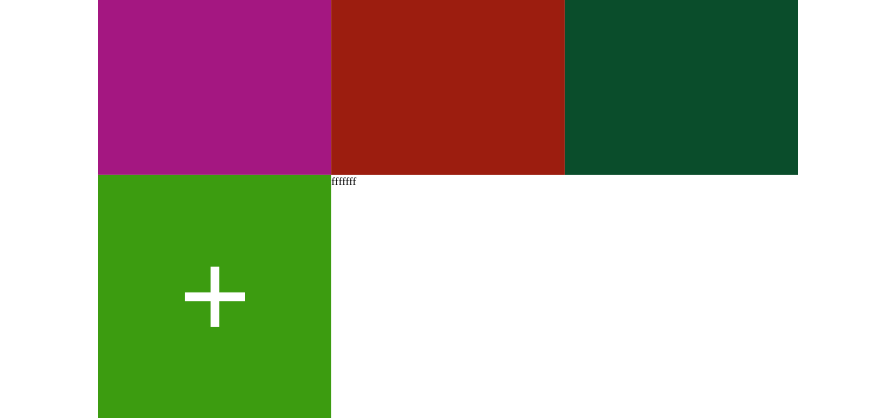
Repository: baliayassin/MyGame
Page: Documents/Aptana Studio 3 Workspace/homeWork2/layOut3.html
The author's editor kept a copy of each file at every save. The page is drawn from the files as they stood at one save, then again after the next save.
The browser window is 1280 px wide. The pictures show the part of the page from y = 1397 to 3317 px (the page is 1995 px tall before and 10255 px after), at 70% of full size.
Some web libraries are served in a nearby version.

Above is the page before, as saved 2017-12-14 11:40:49.

### Documents/Aptana Studio 3 Workspace/homeWork2/layOut3.html
<!DOCTYPE html >
<html>



	<head>

		<title> HomeWork2</title>
		<link rel="stylesheet" href="includes/style.css" />
		<script src="https://code.jquery.com/jquery-3.2.1.min.js"
  integrity="sha256-hwg4gsxgFZhOsEEamdOYGBf13FyQuiTwlAQgxVSNgt4="
  crossorigin="anonymous"></script>
  <meta name="viewport" content="width=device-width,initial-scale=1">
		<script src="includes/main.js"></script>
		<meta charset="utf-8" />
	</head>

	<body >
	<div id="wrapper3">


		<header>
	       <a href="layOut3.html"> </a>
        </header>



            <nav >
				<ul>
					<li> <a  href="index.html">Layout1 </a> </li>
					<li> <a  href="layOut2.html">Layout2 </a></li>
					<li> <span> <a  href="layOut3">Layout3 </a> </span></li>
				</ul>


			</nav>


  <main ></main>





     <footer id="footer3">fffffff </footer>
     </div>
	</body>




</html>

### Documents/Aptana Studio 3 Workspace/homeWork2/includes/style.css
*{
	margin:0px;
	padding: 0px;
}

main, nav, aside, footer, section, article, header {
	display:  block;

}

#wrapper {
	margin: 0px auto;
	width: 1000px;
}
#wrapper header{

	height:192px;
	background: #d6d6d6;

}

#wrapper header a{

	width:102px;
	height:102px;
	background-image:url("../images/star.png");
	position:relative;
	display:block;
	margin:0px auto;
	top: 40px;
    background-repeat: no-repeat;


}


#wrapper nav {

	height: 62px;
	background: #337AB7;

}

#wrapper nav ul{

	list-style-type: none;
	text-decoration: none;
	margin-left: 45px;

}

#wrapper nav ul li{

	float:left;

}

#wrapper nav a{

	display: inline-block;
	text-decoration: none;
	color: #ffeedd;
	font-family: Arial;



}

#wrapper nav span a{

	background:#003748;
	margin:10px auto;
	padding:12px 90px;


}
#wrapper nav li > a{

	margin:20px 85px;

}
#wrapper section{
	direction:rtl;
	display: inline-block;
	margin-top: 100px;
	vertical-align: top;


}
#wrapper section article{

	display:block;
	background: #62C462;
	margin-right: 25px;
	margin-left: 32px;
	margin-top: 30px;
}

#wrapper section article:first-child{

	height:121px;
	width:699px;


}
#wrapper section article:nth-child(2){

	height: 200px;
	width: 699px;


}
#wrapper section article:nth-child(3){

	height: 125px;
	width: 186px;


}

#wrapper aside{

	background: #EEEEEE;
	height: 697px;
	width: 240px;
	display: inline-block;

}

#wrapper aside article{

	background: #62C462;
	width:185px;
	height:126px;
	position: relative;
	margin-top: 264px;
	margin-left: 45px;


}

#wrapper footer{

	height:52px;
	background: #D6D6D6;
	margin-top:-4px;

}






/*********************************************************/



#wrapper2 {
	margin: 0px auto;
	width: 1000px;
}
#wrapper2 header{

	height:192px;
	background: #d6d6d6;

}

#wrapper2 header a{

	width:102px;
	height:102px;
	background-image:url("../images/star.png");
	position:relative;
	display:block;
	margin:0px auto;
    top: 40px;
    background-repeat: no-repeat;


}


#wrapper2 nav {

	width:146px;
	height: 759px;
	background: #337AB7;
    float:left;
    display: inline-block;
}




#wrapper2 nav ul {
	list-style-type: none;
}

#wrapper2 nav a{
	display: inline-block;
	text-decoration: none;
	color: #ffeedd;
	font-family: "Arial";
}

#wrapper2 nav li > a{
	margin-top: 6px;
	margin-bottom: 22px;
	margin-left: 6px;
}

#wrapper2 nav span a{
	background-color: #003748;
	padding-top: 18px;
	margin-bottom: 18px;
	padding-bottom: 18px;
	padding-left: 6px;
	width: 140px;
}


#wrapper2 aside{

	float:left;
	background-color: #eeeeee;
	width: 223px;
	height: 759px;
}

#wrapper2 aside article{

	background: #62C462;
	width:77px;
	height:66px;
	position: relative;
	margin-top: 261px;
	margin-left: 11px;


}


#wrapper2 section{

	display: inline-block;
	margin-top: 23px;



}

#wrapper2 section article:first-child{

	background:#62C462;
	margin-left:5px;
	height:508px;
	width:190px;
	float: left;


}

#wrapper2 section article:nth-child(2){

	background:#62C462;
	margin-left:30px;
	height:323px;
	width:190px;
	float:left;

}

#wrapper2 section article:nth-child(3){

	background:#62C462;
	margin-left:30px;
	height:123px;
	width:183px;
	float:left;

}


#wrapper2 section article p{

	background:#62C462;
	margin-left:220px;
	height:400px;
	width:190px;
	margin-top:345px;
	float:left
}


#wrapper2 footer{
	height: 52px;
	width: 1000px;
	position: fixed;
	bottom: 0px;
	background-color: #d6d6d6;
}

/*******************************************************/



#wrapper3 {
	margin: 0px auto;
	width: 1000px;
}
#wrapper3 header{

	height:192px;
	background: #d6d6d6;

}

#wrapper3 header a{

	width:102px;
	height:102px;
	background-image:url("../images/star.png");
	position:relative;
	display:block;
	margin:0px auto;
	top: 40px;
    background-repeat: no-repeat;


}


#wrapper3 nav {

	height: 63px;
	background: #337AB7;

}

#wrapper3 nav ul{

	list-style-type: none;
	text-decoration: none;
	margin-left: 45px;

}

#wrapper3 nav ul li{

	float:left;

}

#wrapper3 nav a{

	display: inline-block;
	text-decoration: none;
	color: #ffeedd;
	font-family: Arial;



}

#wrapper3 nav span a{

	background:#003748;
	margin:10px auto;
	padding:12px 90px;


}
#wrapper3 nav li > a{

	margin:20px 85px;

}





#wrapper3 #footer3{
	width:100%;
	height:52px;
	background: #D6D6D6;
   /* margin-top: 1740px;???????*/
 /*bottom: 0px;
  position: fixed;*/

}

#wrapper3 .box{

    float: left;
    width: 333.33px;
    height: 348px;


   }



#wrapper3 .box.plus{
            background: url(../images/white_plus.png) center no-repeat;
        }

#wrapper3 .box.star {

     background: url(../images/white_star.png) center no-repeat;
}

 @media only screen and (min-width: 1000px) {

        #wrapper3 {width:1000px;}
    }
 @media only screen and (max-width:1000px){
    	#wrapper3 {width:666.66px;}

   	}
    	 #wrapper3 nav ul{
    	 	margin-left: 0px;
    	}
    	 #wrapper3 nav span a{padding:12px 55px;}
    }

.clear{

	clear: both;
}

### Documents/Aptana Studio 3 Workspace/homeWork2/includes/main.js
$("document").ready(function () {


    for (var i = 0; i < (25/2); i++)
        $("main").append(createArticle());
        $("main article:last").addClass("plus");

    $("main").on("click", ".box:not(.plus)", showStar);
    $(".box.plus").click(addArticle);
})

function addArticle() {
    $("main").prepend(createArticle());
}

function showStar() {

    $(this).toggleClass("star");
}

function createArticle() {
    var newArticle = $("<article/>");
    newArticle.addClass("box");
    var color='#' + (0x1000000 + (Math.random()) * 0xffffff).toString(16).substr(1, 6);
    newArticle.css("background-color", color);
    return newArticle;
}

After the next save:
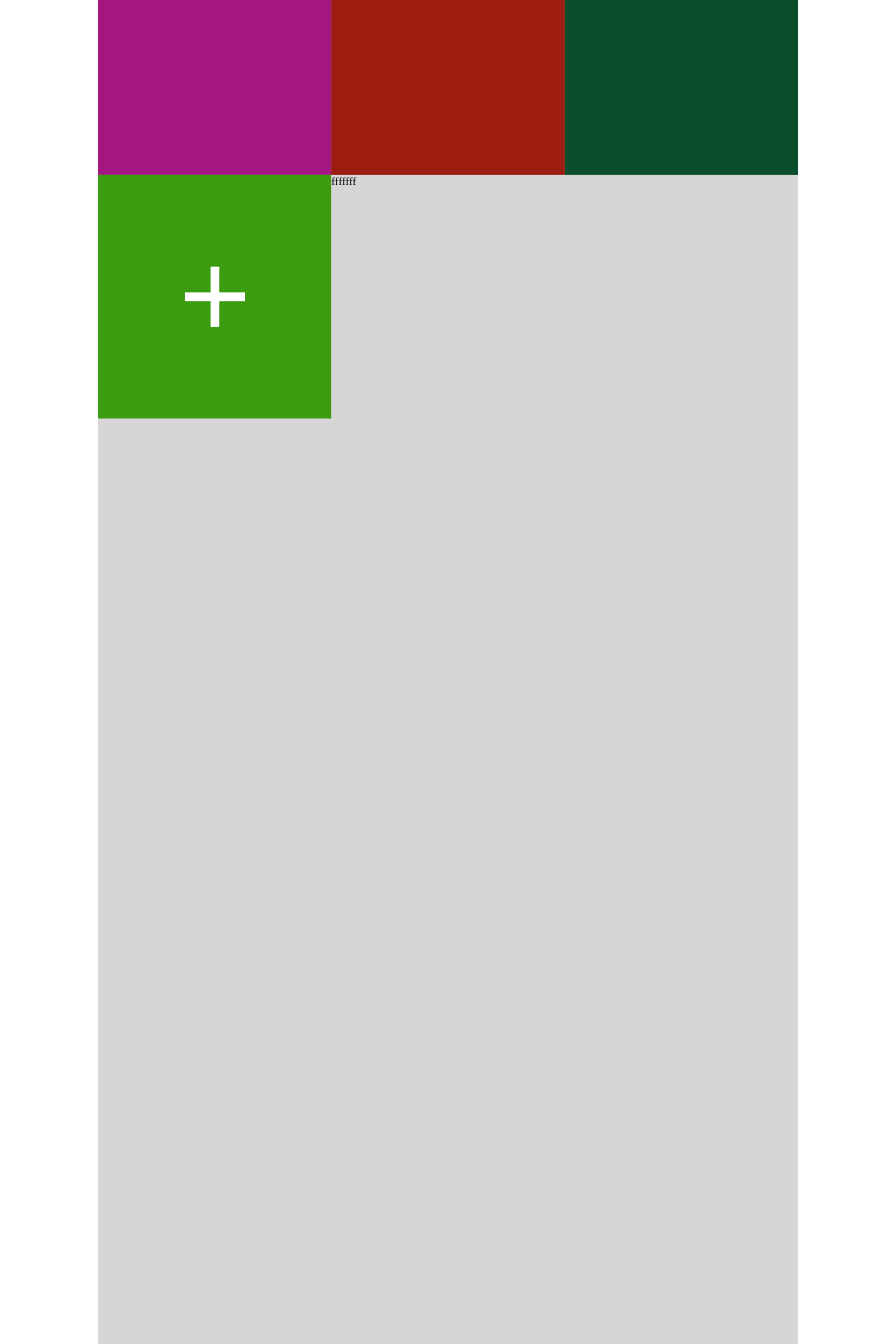
Saved 83 s later.
--- a/Documents/Aptana Studio 3 Workspace/homeWork2/includes/style.css
+++ b/Documents/Aptana Studio 3 Workspace/homeWork2/includes/style.css
@@ -384,7 +384,7 @@
 
 #wrapper3 #footer3{
 	width:100%;
-	height:52px;
+	height:10000px;
 	background: #D6D6D6;
    /* margin-top: 1740px;???????*/
  /*bottom: 0px;

After the save that followed:
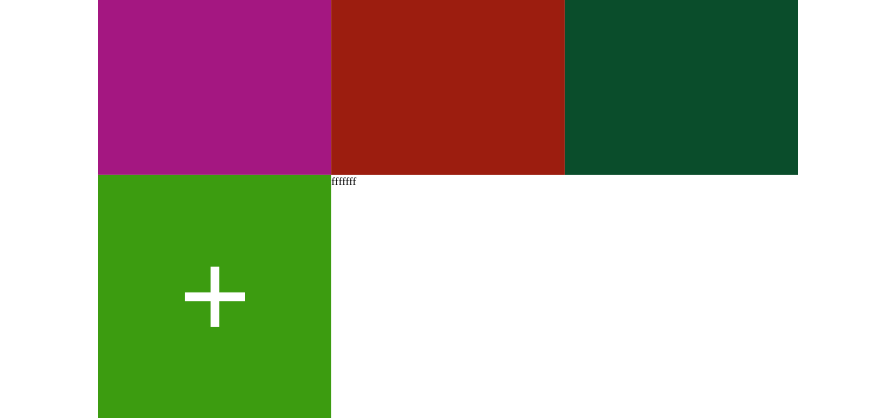
Saved 32 s later.
--- a/Documents/Aptana Studio 3 Workspace/homeWork2/includes/style.css
+++ b/Documents/Aptana Studio 3 Workspace/homeWork2/includes/style.css
@@ -384,7 +384,7 @@
 
 #wrapper3 #footer3{
 	width:100%;
-	height:10000px;
+	height:52px;
 	background: #D6D6D6;
    /* margin-top: 1740px;???????*/
  /*bottom: 0px;
